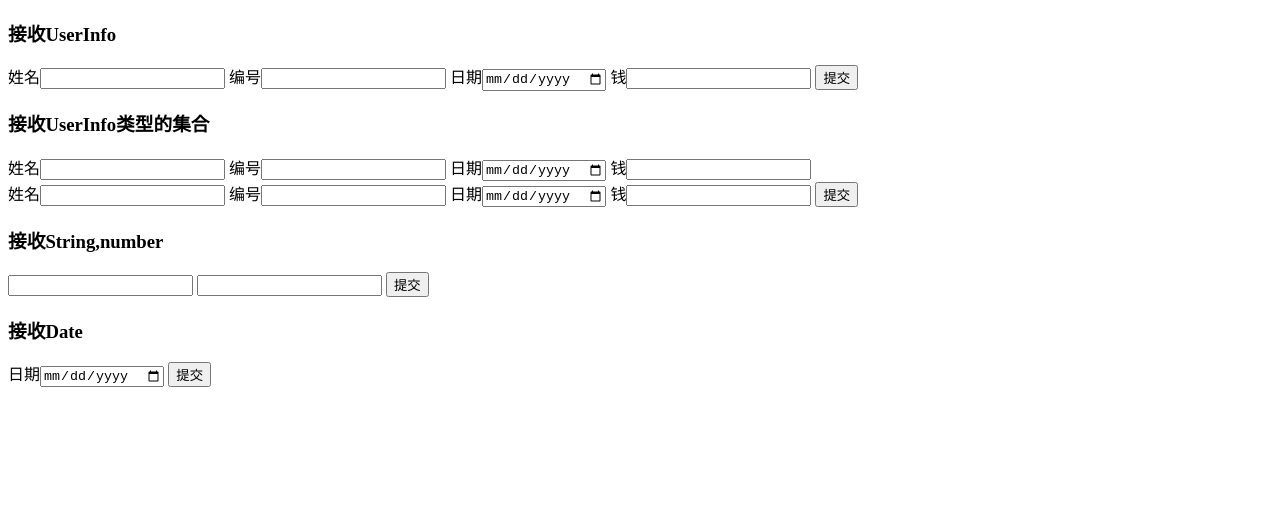
Repository: HelloChuang/HelloChuang-EclipseWorkSpace
Page: http://localhost/SpringMVC_Test/
An editor plug-in stored every save of this project. The page is shown before and after the next save, followed by the edit.
The browser window is 1280 px wide. The pictures show the whole page.
The page is served by Tomcat 9.

Above is the page before, as saved 2018-11-02 15:19:52.

After the next save:
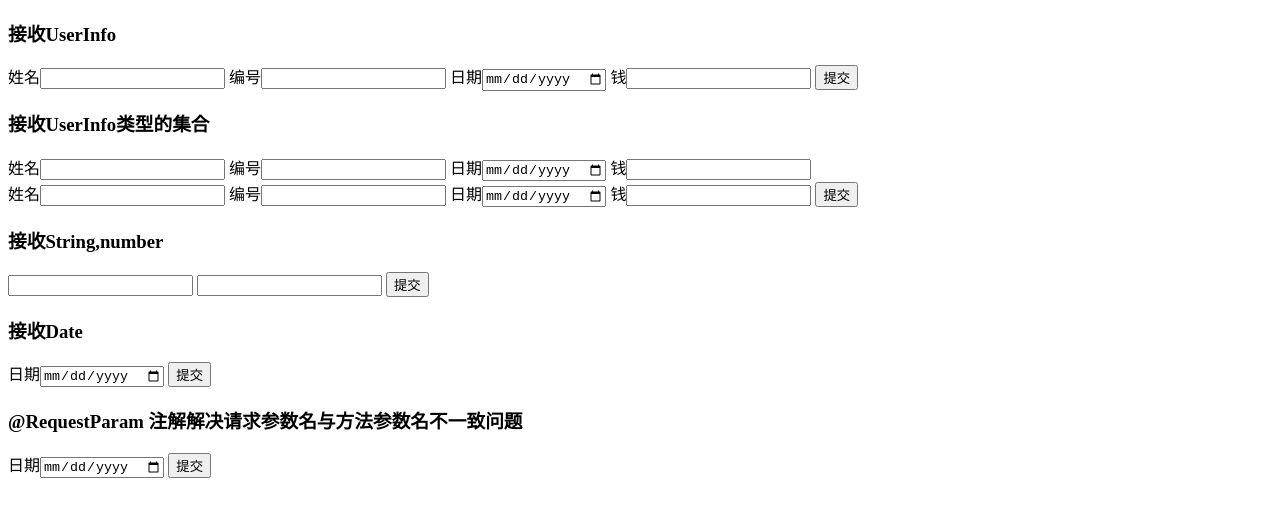
Saved 2 min 18 s later.
--- a/EclipseWorkSpace/SpringMVC_Test/src/main/webapp/index.jsp
+++ b/EclipseWorkSpace/SpringMVC_Test/src/main/webapp/index.jsp
@@ -48,6 +48,14 @@
 			<button type="submit">提交</button>
 		</form>
 	</div>
+	<div>
+		<h3>@RequestParam 注解解决请求参数名与方法参数名不一致问题</h3>
+		<form action="method4" method="post">
+			日期<input type="date" name="sdate"/>
+
+			<button type="submit">提交</button>
+		</form>
+	</div>
 
 </body>
 </html>
